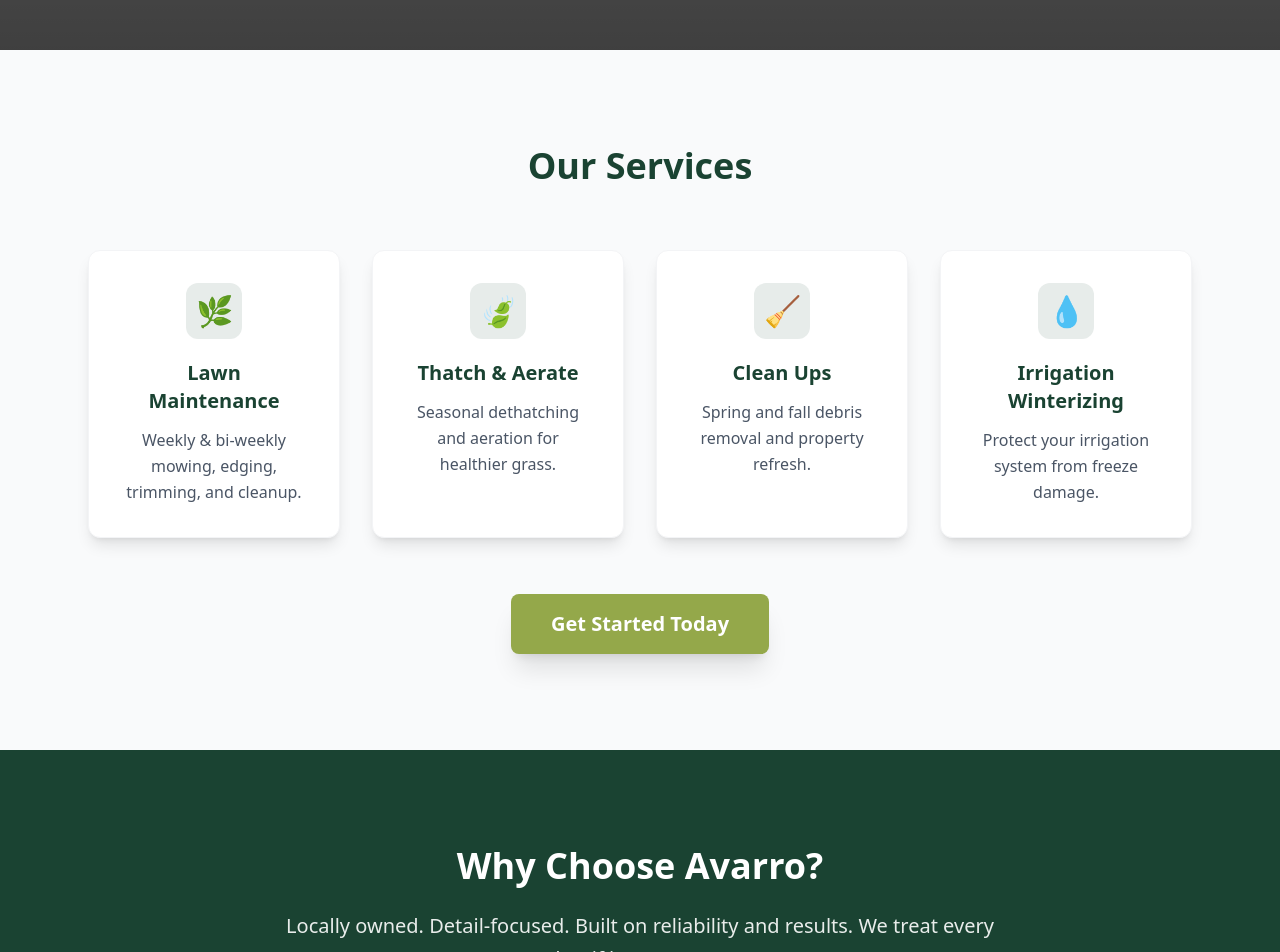
Repository: KalebMalone/Avarro
Page: /
These files come from the project's save history. The page is drawn as it stood at one moment and after the next save; the edit follows.
The browser window is 1280 px wide. The pictures show the part of the page from y = 598 to 1550 px (the page is 1757 px tall before and 1769 px after).
Pictures or frames that could not be fetched are drawn as grey boxes. The project was rebuilt for these pictures with package versions that can differ from the ones it lists, and the page was loaded fresh each time. Also part of the build but not shown: vite.config.js, src/pages/ServicesPage.jsx, src/pages/About.jsx, src/components/ContactForm.jsx, src/pages/Contact.jsx.

Above is the page before, as saved 2026-01-28 13:49:51.

### index.html
<!doctype html>
<html lang="en">
  <head>
    <meta charset="UTF-8" />
    <link rel="icon" type="image/svg+xml" href="/vite.svg" />
    <meta name="viewport" content="width=device-width, initial-scale=1.0" />
    <title>avarro-site</title>
  </head>
  <body>
    <div id="root"></div>
    <script type="module" src="/src/main.jsx"></script>
  </body>
</html>

### src/App.jsx
import { BrowserRouter as Router, Routes, Route } from "react-router-dom";
import Navbar from "./components/Navbar";
import Footer from "./components/Footer";
import Home from "./pages/Home";
import ServicesPage from "./pages/ServicesPage";
import About from "./pages/About";
import Contact from "./pages/Contact";

export default function App() {
    return (
        <Router>
            <div className="flex flex-col min-h-screen bg-white">
                <Navbar />
                {/* pt-32 for mobile (gives room for stacked text), md:pt-20 for desktop */}
                <main className="flex-grow pt-32 md:pt-20">
                    <Routes>
                        <Route path="/" element={<Home />} />
                        <Route path="/services" element={<ServicesPage />} />
                        <Route path="/about" element={<About />} />
                        <Route path="/contact" element={<Contact />} />
                    </Routes>
                </main>
                <Footer />
            </div>
        </Router>
    );
}

### src/components/Navbar.jsx
import { Link } from "react-router-dom";

export default function Navbar() {
    return (
        <nav className="fixed top-0 left-0 w-full h-20 bg-white shadow-md z-[100] flex items-center">
            <div className="max-w-7xl mx-auto px-4 w-full flex items-center justify-between">
                <Link to="/" className="text-xl sm:text-2xl font-extrabold text-[#1a4332] no-underline">
                    Avarro
                </Link>

                <div className="flex space-x-3 sm:space-x-8 font-semibold text-gray-700 text-sm sm:text-base">
                    <Link to="/services" className="no-underline hover:text-[#1a4332] transition">Services</Link>
                    <Link to="/about" className="no-underline hover:text-[#1a4332] transition">About</Link>
                    <Link to="/contact" className="no-underline hover:text-[#1a4332] transition">Contact</Link>
                </div>
            </div>
        </nav>
    );
}

### src/components/Footer.jsx
export default function Footer() {
    return (
        <footer className="bg-darkgreen text-white py-8 text-center">
            © {new Date().getFullYear()} Avarro Landscaping — All Rights Reserved
        </footer>
    );
}

### src/pages/Home.jsx
import Hero from "../components/Hero";
import Services from "../components/Services";
import { Link } from "react-router-dom";

export default function Home() {
    return (
        <>
            <Hero />

            <section className="py-24 bg-gray-50">
                <h2 className="text-4xl font-extrabold text-center mb-16 text-[#1a4332]">
                    Our Services
                </h2>
                <div className="max-w-6xl mx-auto px-6">
                    <Services />
                </div>

                <div className="text-center mt-14">
                    <Link
                        to="/contact"
                        className="inline-block bg-[#94a84a] hover:bg-[#1a4332] text-white px-10 py-4 rounded-lg font-bold text-xl shadow-xl no-underline transition active:scale-95"
                    >
                        Get Started Today
                    </Link>
                </div>
            </section>

            {/* Bottom Section - Now perfectly matching Deep Forest Green */}
            <section className="py-24 bg-[#1a4332] text-white text-center">
                <h2 className="text-4xl font-extrabold mb-6">
                    Why Choose Avarro?
                </h2>
                <p className="text-xl opacity-90 max-w-3xl mx-auto px-6 leading-relaxed">
                    Locally owned. Detail-focused. Built on reliability and results.
                    We treat every yard as if it were our own.
                </p>
            </section>
        </>
    );
}

### src/components/Hero.jsx
import { Link } from "react-router-dom";

export default function Hero() {
    return (
        <section className="h-[90vh] bg-[url('https://images.unsplash.com/photo-1603993097397-89e41fdbf1c0?auto=format&fit=crop&w=1950&q=80')] bg-cover bg-center -mt-32 md:-mt-20">
            <div className="h-full flex items-center bg-gradient-to-t from-black/60 to-black/30">
                <div className="max-w-4xl mx-auto px-6 text-center text-white">
                    <h1 className="text-5xl md:text-7xl font-extrabold mb-6 drop-shadow-2xl">
                        Transforming Outdoor Spaces
                    </h1>
                    <p className="text-xl md:text-2xl mb-10 opacity-90">
                        Professional, reliable landscaping services you can trust.
                    </p>
                    <Link
                        to="/contact"
                        className="inline-block bg-[#94a84a] hover:bg-[#1a4332] text-white transition px-10 py-4 rounded-full font-bold text-xl shadow-xl no-underline active:scale-95"
                    >
                        Request a Free Quote
                    </Link>
                </div>
            </div>
        </section>
    );
}

### src/components/Services.jsx
const services = [
    {
        title: "Lawn Maintenance",
        desc: "Weekly & bi-weekly mowing, edging, trimming, and cleanup.",
        icon: "🌿",
    },
    {
        title: "Thatch & Aerate",
        desc: "Seasonal dethatching and aeration for healthier grass.",
        icon: "🍃",
    },
    {
        title: "Clean Ups",
        desc: "Spring and fall debris removal and property refresh.",
        icon: "🧹",
    },
    {
        title: "Irrigation Winterizing",
        desc: "Protect your irrigation system from freeze damage.",
        icon: "💧",
    },
];

export default function Services() {
    return (
        <div className="grid grid-cols-1 sm:grid-cols-2 lg:grid-cols-4 gap-8 items-stretch">
            {services.map((service, i) => (
                <div
                    key={i}
                    className="bg-white rounded-xl p-8 shadow-lg hover:shadow-2xl transition
                    text-center flex flex-col items-center w-full h-full border border-gray-100"
                >
                    <div className="w-14 h-14 rounded-xl bg-[#1a4332]/10
                        flex items-center justify-center text-3xl mb-5">
                        {service.icon}
                    </div>

                    <h3 className="text-xl font-bold text-[#1a4332] mb-3">
                        {service.title}
                    </h3>

                    <p className="text-gray-600 leading-relaxed flex-grow">
                        {service.desc}
                    </p>
                </div>
            ))}
        </div>
    );
}

Loaded but not shown: src/main.jsx (common file); src/index.css (common file)

After the next save:
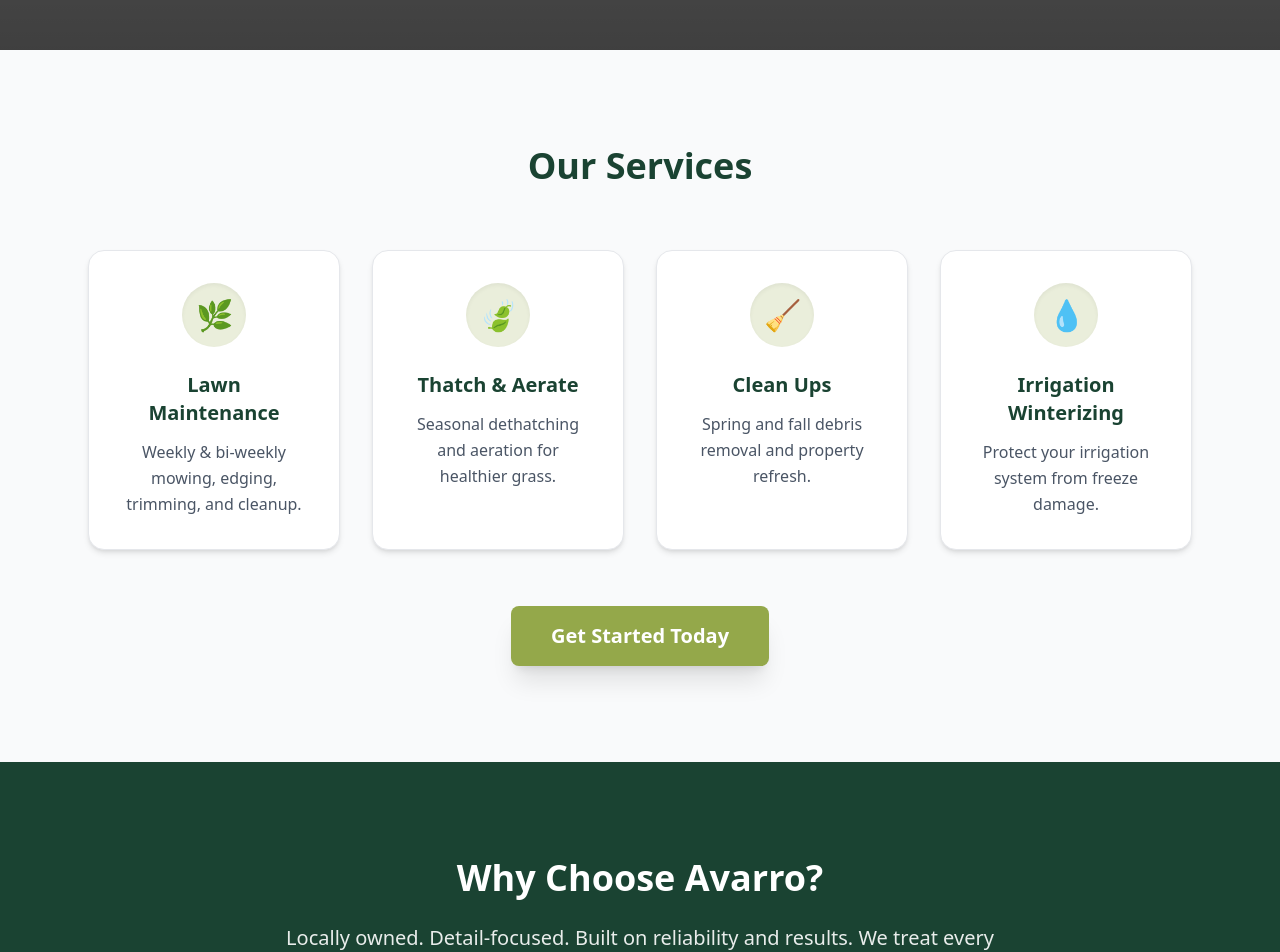
Saved 6 min 5 s later.
--- a/src/components/Services.jsx
+++ b/src/components/Services.jsx
@@ -27,11 +27,13 @@
             {services.map((service, i) => (
                 <div
                     key={i}
-                    className="bg-white rounded-xl p-8 shadow-lg hover:shadow-2xl transition
-                    text-center flex flex-col items-center w-full h-full border border-gray-100"
+                    className="bg-white rounded-2xl p-8 shadow-md border border-gray-200
+                    hover:shadow-xl hover:-translate-y-1 transition-all duration-300
+                    text-center flex flex-col items-center w-full h-full"
                 >
-                    <div className="w-14 h-14 rounded-xl bg-[#1a4332]/10
-                        flex items-center justify-center text-3xl mb-5">
+                    {/* Icon Bubble - Slightly darker background to make it visible */}
+                    <div className="w-16 h-16 rounded-full bg-[#94a84a]/20
+                        flex items-center justify-center text-3xl mb-6 shadow-inner">
                         {service.icon}
                     </div>
 
